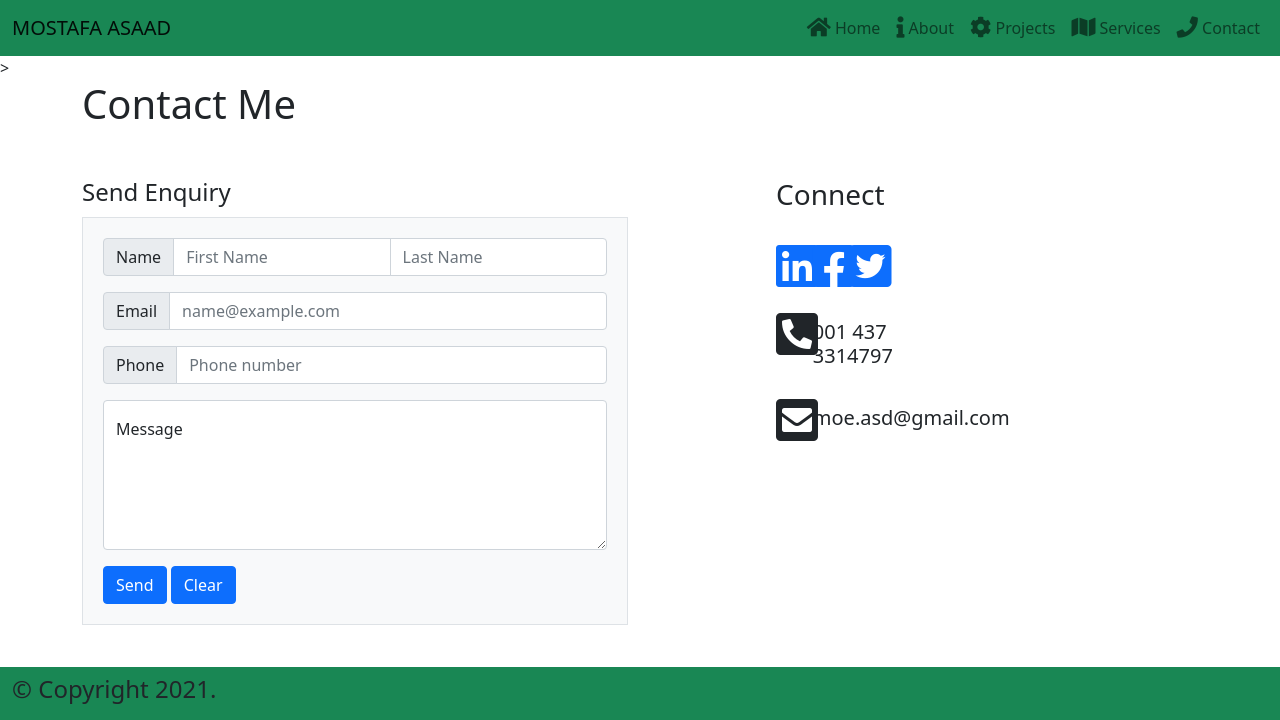
Repository: Mostafa-Asaad/Portfolio
Page: http://localhost/contact
These files come from the project's save history. The page is drawn as it stood at one moment and after the next save; the edit follows.
The browser window is 1280 px wide. The pictures show the whole page.
The page is served by the project's Node server (index.js). Other server files are loaded and not shown.

Above is the page before, as saved 2021-06-04 17:19:55.

### Server/Views/index.ejs
<!DOCTYPE html>
<html lang="en">
<head>
  <meta charset="UTF-8">
  <meta http-equiv="X-UA-Compatible" content="IE=edge">
  <meta name="viewport" content="width=device-width, initial-scale=1.0">
  <title><%= title %></title>
  <!-- CSS Section -->
  <link rel="stylesheet" href="/bootstrap/dist/css/bootstrap.min.css">
  <link rel="stylesheet" href="/@fortawesome/fontawesome-free/css/all.min.css">
  <link rel="stylesheet" href="/Content/app.css">
</head>
<body>
  <!-- Navigation Section -->
 <header>
  <%- include('./components/header.ejs') %>
 </header>

  <!--Main Content-->>
  <main>
    <%- include('./content/' + page + '.ejs') %>
  </main>

  <!-- Bottom Nav -->
  <footer>
    <%- include('./components/footer.ejs') %>
  </footer>

  <!-- JavaScript Section -->
  <script src="/jquery/dist/jquery.min.js"></script>
  <script src="/bootstrap/dist/js/bootstrap.min.js"></script>
  <script src="/Scripts/app.js"></script>
</body>
</html>

### Server/Views/components/header.ejs
<nav class="navbar navbar-expand-lg navbar-light bg-success">
    <div class="container-fluid">
      <a class="navbar-brand" href="#">MOSTAFA ASAAD</a>
      <button class="navbar-toggler" type="button" data-bs-toggle="collapse" data-bs-target="#navbarSupportedContent" aria-controls="navbarSupportedContent" aria-expanded="false" aria-label="Toggle navigation">
        <span class="navbar-toggler-icon"></span>
      </button>
      <div class="collapse navbar-collapse" id="navbarSupportedContent">
        <ul class="navbar-nav ms-auto mb-2 mb-lg-0">
          <li class="nav-item">
            <a class="nav-link" href="/home"><i class="fas fa-home fa-lg"></i> Home</a>
          </li>
          <li class="nav-item">
            <a class="nav-link" href="/about"><i class="fas fa-info fa-lg"></i> About</a>
          </li>
          <li class="nav-item">
            <a class="nav-link" href="/projects"><i class="fas fa-cog fa-lg"></i> Projects</a>
          </li>
          <li class="nav-item">
            <a class="nav-link" href="/services"><i class="fas fa-map fa-lg"></i> Services</a>
          </li>
          <li class="nav-item">
            <a class="nav-link" href="/contact"><i class="fas fa-phone fa-lg"></i> Contact</a>
          </li>
        </ul>
      </div>
    </div>
  </nav>

### Server/Views/content/contact.ejs

<!-- Page Title -->
<div class="container" style= "margin-bottom:50px;" >
  <h1>Contact Me</h1>
</div>

<!-- Message form -->

<div class="container">
  <div class="row align-items-start">
    <div class="col-6">
      <div style= "margin-bottom:10px;">
       <h4>Send Enquiry</h4>
      </div>
      <div class="col border border-bottom rounded-lg bg-light">
       <div style= "margin:20px;">
    <!-- First and last name -->
          <div class="input-group mb-3"  >
            <span class="input-group-text">Name</span>
            <input type="text" placeholder="First Name" aria-label="First name" class="form-control">
            <input type="text" placeholder="Last Name" aria-label="Last name" class="form-control">
          </div>
    <!-- email Form -->
          <div class="input-group flex-nowrap mb-3">
            <span class="input-group-text" id="addon-wrapping">Email</span>
            <input type="text" class="form-control" placeholder="name@example.com" aria-label="email address" aria-describedby="addon-wrapping">
           </div>
    <!-- Phone number -->
          <div class="input-group mb-3">
            <span class="input-group-text" id="inputGroup-sizing-default">Phone</span>
            <input type="text" placeholder="Phone number" class="form-control" aria-label="Sizing example input" aria-describedby="inputGroup-sizing-default">
          </div>
    <!-- Comments -->
          <div class="form-floating mb-3">
            <textarea class="form-control" placeholder="Leave a comment here" id="floatingTextarea2" style="height: 150px"></textarea>
            <label for="floatingTextarea2">Message</label>
          </div>
    <!-- Click Buttons -->
          <input class="btn btn-primary" type="submit" value="Send" >
          <input class="btn btn-primary" type="submit" value="Clear" >
        </div>
      </div>
    </div>
  <!-- Connect Buttons -->
    <div class="col">
      <div class="container-fluid ">
        <div style= "margin-left:100px;">
          <div style= "margin-bottom:30px;">
            <h3>Connect</h3>
          </div>
          <div class="row align-items-start" style= "margin-bottom:20px;">
            <div class="col-2">
              <a class="link" href="https://www.linkedin.com/in/mostafa-asaad/"><i class="fab fa-linkedin fa-3x"></i></a>
            </div>
            <div class="col-2">
              <a class="link" href="https://www.facebook.com/"><i class="fab fa-facebook-square fa-3x"></i></a>
            </div>
            <div class="col-2">
              <a class="link" href="https://twitter.com/Moe_Asd"><i class="fab fa-twitter-square fa-3x"></i></a>
            </div>
          </div>
          <div class="row align-items-start" style= "margin-bottom:20px;">
            <div class="col-2 margin-bottom:30px">
              <i class="fas fa-phone-square-alt fa-3x"></i>
            </div>
            <div class="col-6" style= "margin-top:10px;">
              <h5>001 437 3314797</h5>
            </div>
          </div>
          <div class="row align-items-start" style= "margin-bottom:20px;">
            <div class="col-2 margin-bottom:30px">
              <i class="fas fa-envelope-square fa-3x"></i>
            </div>
            <div class="col-6" style= "margin-top:10px;">
              <h5>moe.asd@gmail.com</h5>
            </div>
          </div>
        </div>
      </div>
    </div>
    <div class="col">
  </div>
 </div>

### Server/Views/components/footer.ejs
<nav class="navbar fixed-bottom navbar-success bg-success">
    <div class="container-fluid">
      <h4>&copy; Copyright 2021.</h4>
    </div>
  </nav>

### index.js
#!/usr/bin/env node
"use strict";
var __importDefault = (this && this.__importDefault) || function (mod) {
    return (mod && mod.__esModule) ? mod : { "default": mod };
};
Object.defineProperty(exports, "__esModule", { value: true });
const app_1 = __importDefault(require("./Server/Config/app"));
const debug_1 = __importDefault(require("debug"));
debug_1.default('week-4d:server');
const http_1 = __importDefault(require("http"));
let port = normalizePort(process.env.PORT || '3000');
app_1.default.set('port', port);
let server = http_1.default.createServer(app_1.default);
server.listen(port);
server.on('error', onError);
server.on('listening', onListening);
function normalizePort(val) {
    let port = parseInt(val, 10);
    if (isNaN(port)) {
        return val;
    }
    if (port >= 0) {
        return port;
    }
    return false;
}
function onError(error) {
    if (error.syscall !== 'listen') {
        throw error;
    }
    var bind = typeof port === 'string'
        ? 'Pipe ' + port
        : 'Port ' + port;
    switch (error.code) {
        case 'EACCES':
            console.error(bind + ' requires elevated privileges');
            process.exit(1);
            break;
        case 'EADDRINUSE':
            console.error(bind + ' is already in use');
            process.exit(1);
            break;
        default:
            throw error;
    }
}
function onListening() {
    let addr = server.address();
    let bind = typeof addr === 'string'
        ? 'pipe ' + addr
        : 'port ' + addr.port;
    debug_1.default('Listening on ' + bind);
}
//# sourceMappingURL=index.js.map

### Server/Routes/index.js
"use strict";
var __importDefault = (this && this.__importDefault) || function (mod) {
    return (mod && mod.__esModule) ? mod : { "default": mod };
};
Object.defineProperty(exports, "__esModule", { value: true });
const express_1 = __importDefault(require("express"));
const router = express_1.default.Router();
exports.default = router;
router.get('/', function (req, res, next) {
    res.render('index', { title: 'Home', page: 'home' });
});
router.get('/home', function (req, res, next) {
    res.render('index', { title: 'Home', page: 'home' });
});
router.get('/about', function (req, res, next) {
    res.render('index', { title: 'About Us', page: 'about' });
});
router.get('/projects', function (req, res, next) {
    res.render('index', { title: 'Our Projects', page: 'projects' });
});
router.get('/services', function (req, res, next) {
    res.render('index', { title: 'Our Services', page: 'services' });
});
router.get('/contact', function (req, res, next) {
    res.render('index', { title: 'Contact Us', page: 'contact' });
});
//# sourceMappingURL=index.js.map

### Client/Content/app.css
/* your custom css goes here */

### Client/Scripts/app.js
"use strict";
(function () {
    function Start() {
        console.log("App Started");
    }
    window.addEventListener("load", Start);
})();
//# sourceMappingURL=app.js.map

After the next save:
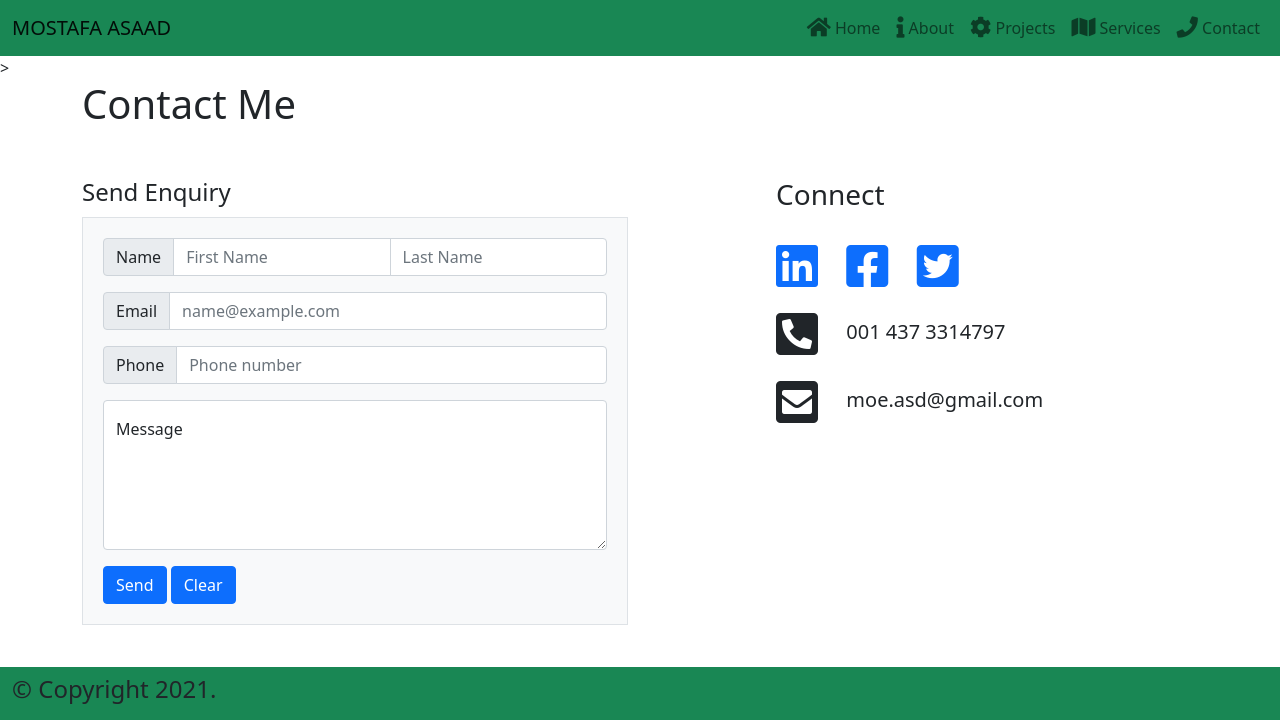
Saved 7 s later.
--- a/Server/Views/content/contact.ejs
+++ b/Server/Views/content/contact.ejs
@@ -78,6 +78,6 @@
         </div>
       </div>
     </div>
-    <div class="col">
+    <div class="col1">
   </div>
  </div>
